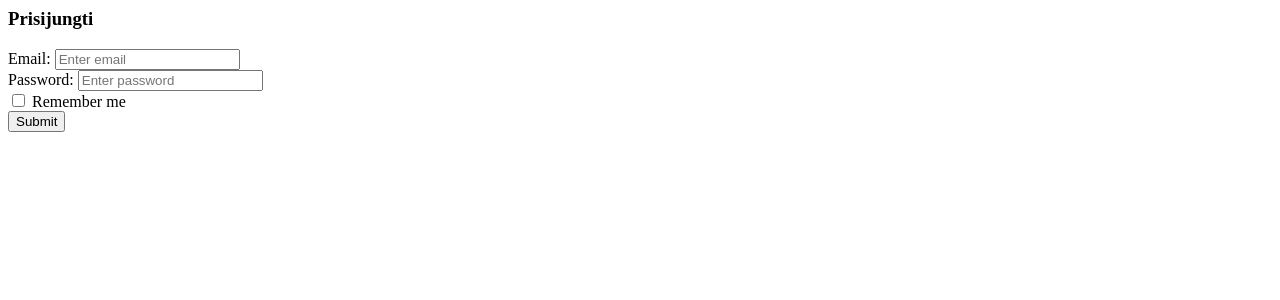
Repository: Skaidrius/Blogas
Page: partials/login.html
The author's editor kept a record of every edit. The page is drawn from the files as they stood at one moment, then again after the next edit.
The browser window is 1280 px wide. The pictures show the whole page.

Above is the page before.

After the next edit:
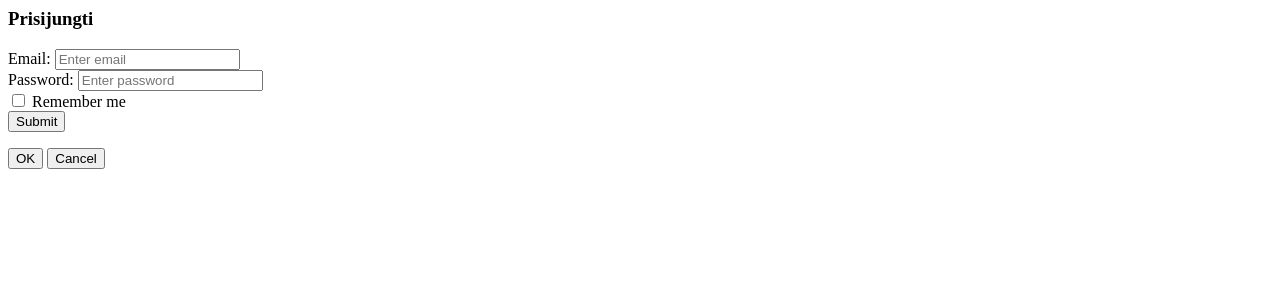
The edit:
--- a/partials/login.html
+++ b/partials/login.html
@@ -15,4 +15,8 @@
         </div>
         <button type="submit" class="btn btn-default">Submit</button>
     </form>
+    <div class="modal-footer">
+        <button class="btn btn-primary" ng-click="ok()">OK</button>
+        <button class="btn btn-warning" ng-click="cancel()">Cancel</button>
+    </div>
 </div>
